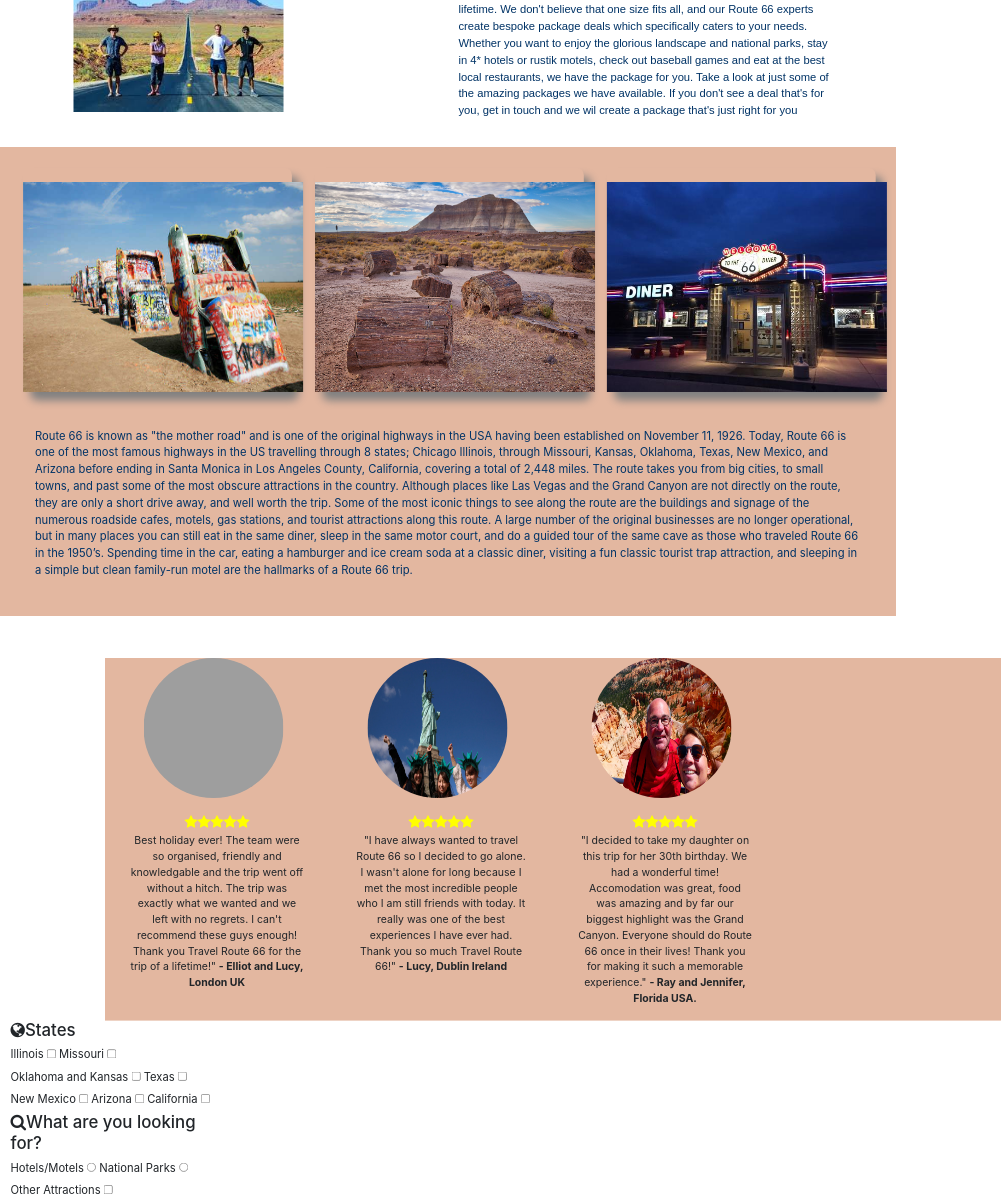
Repository: Code-Institute-Submissions/Javascript-milestone-project-2
Page: index.html
The author's editor kept a record of every edit. The page is drawn from the files as they stood at one moment, then again after the next edit.
The browser window is 1280 px wide. The page is 1430 px wide, so the pictures cover 1430 px, including what lies to the right of the window. The pictures show the part of the page from y = 670 to 2390 px (the page is 2390 px tall), at 70% of full size.
Pictures or frames that could not be fetched are drawn as grey boxes. Some web fonts or font styles are not loaded; a fallback is used. Some web libraries are served in a nearby version.

Above is the page before.

After the next edit:
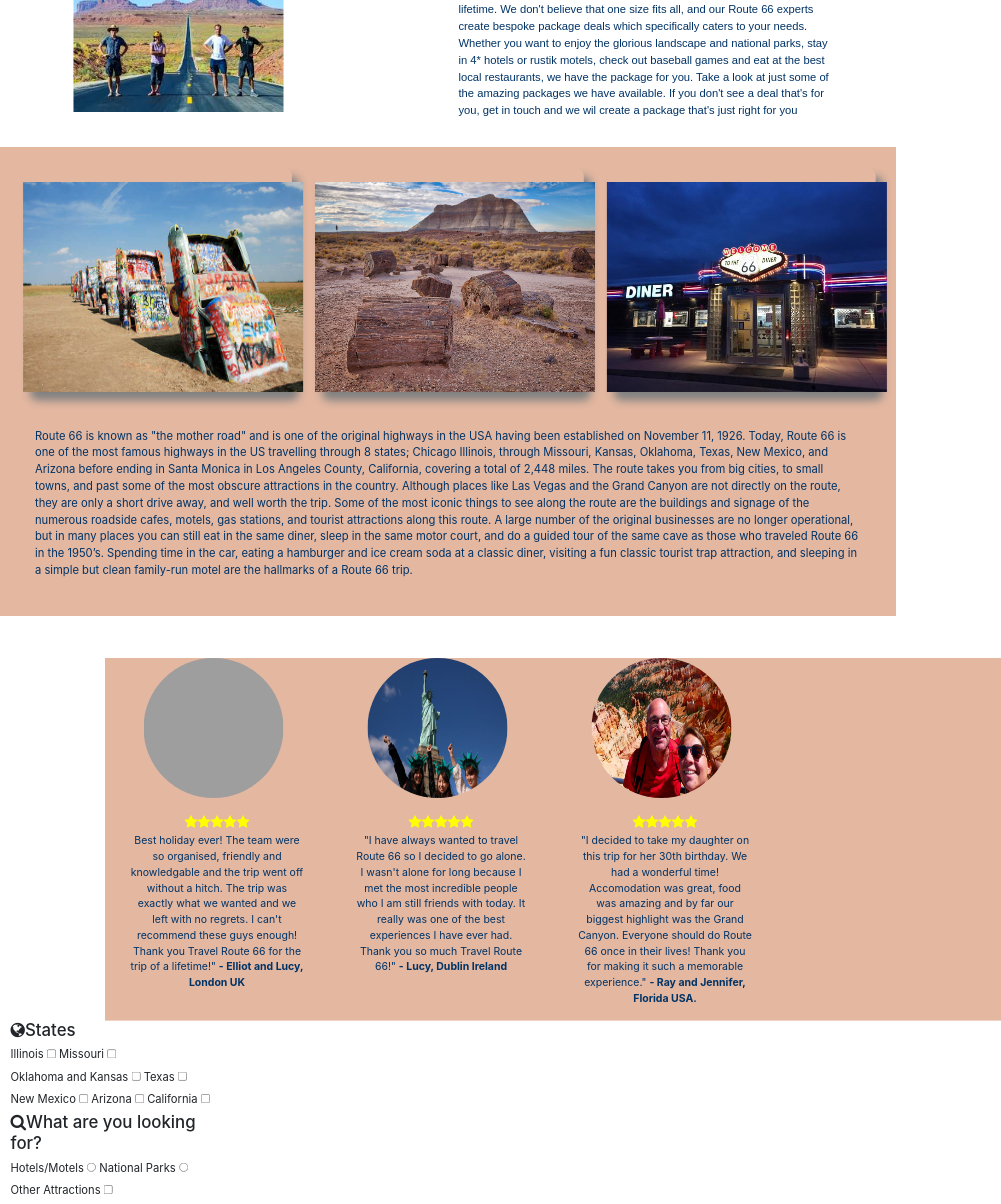
The edit:
--- a/css/style.css
+++ b/css/style.css
@@ -245,6 +245,7 @@
 
   p.card-text {
    font-size: 15px;
+   color: #003366;
 
   }
 
